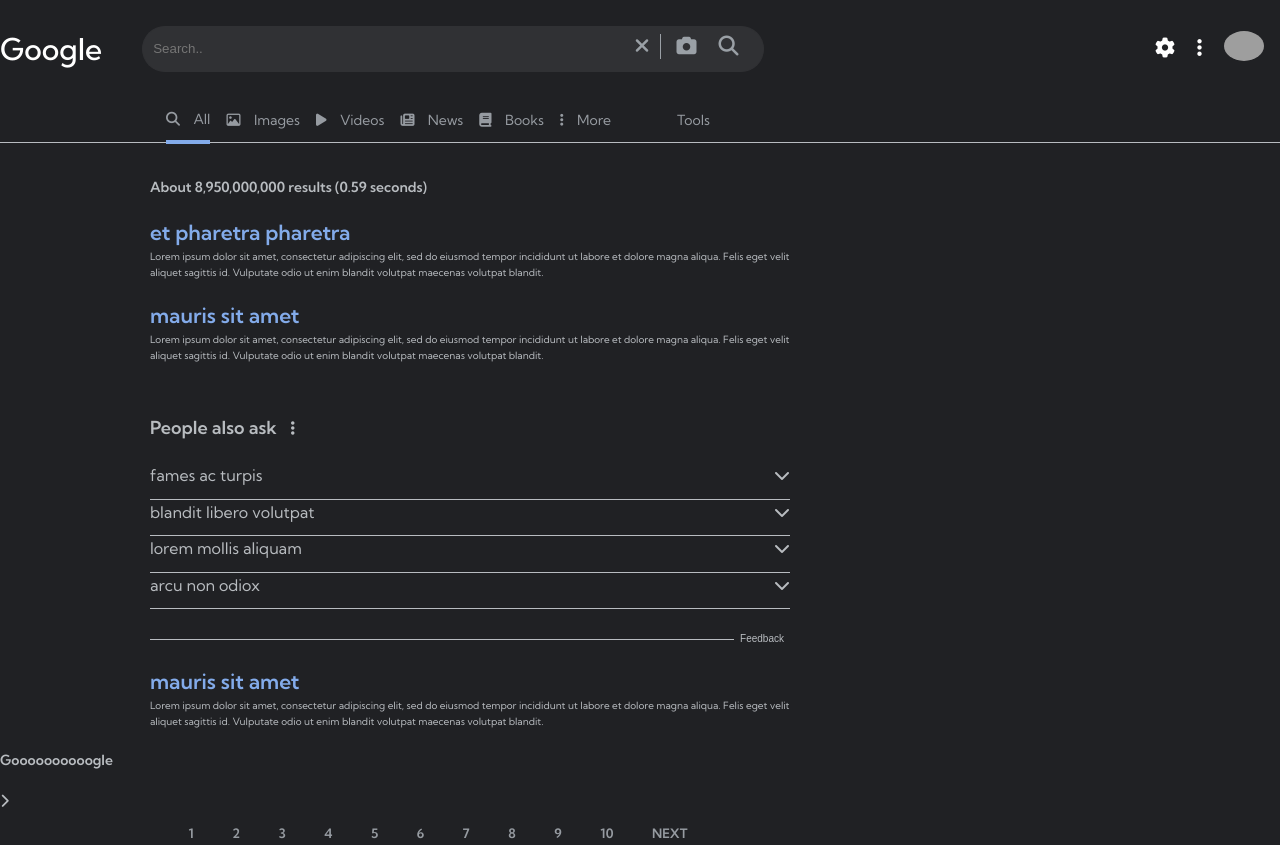
Repository: Sc-Juju/Google-clone
Page: index.html
An editor plug-in stored every save of this project. The page is shown before and after the next save, followed by the edit.
The browser window is 1280 px wide. The pictures show the whole page.
Pictures or frames that could not be fetched are drawn as grey boxes. Some web libraries are served in a nearby version.

Above is the page before, as saved 2022-11-28 18:27:14.

After the next save:
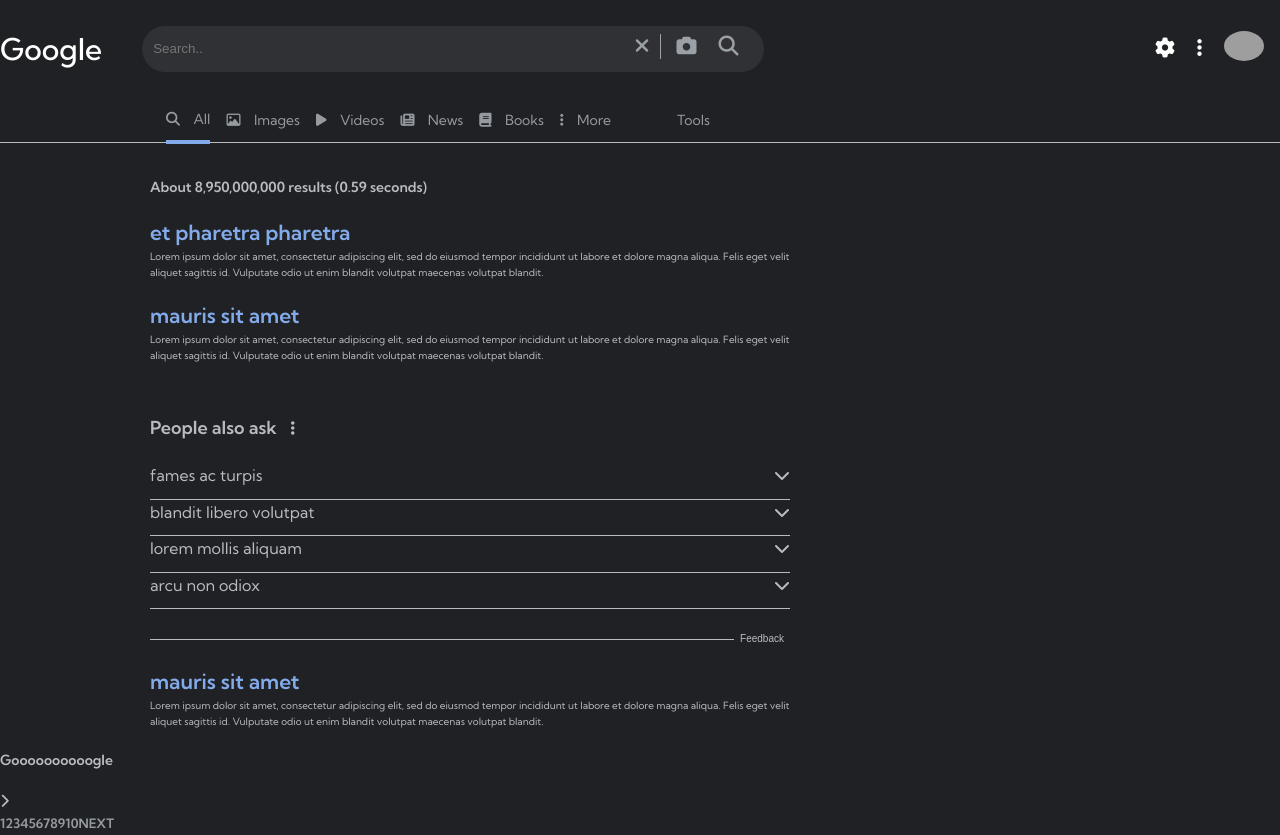
Saved 88 s later.
--- a/css/main.css
+++ b/css/main.css
@@ -183,12 +183,7 @@
 
 .footer-nav{
     display:flex;
-    justify-content: space-evenly;
-    width: 45%;
-    margin-left: var(--size-150);
     align-items: center;
-    padding-top: var(--size-10);
-    font-size: var(--size-14);
 }
 
 .footer-link a{
